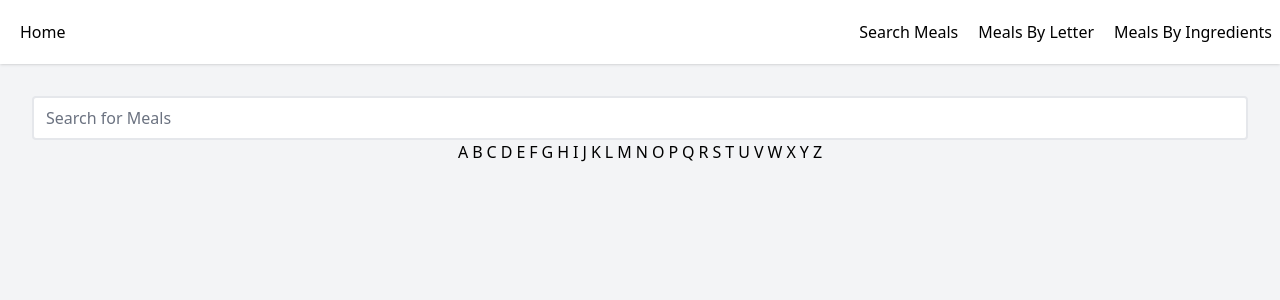
Repository: HalemX/meals
Page: /
The author's editor kept a copy of each file at every save. The page is drawn from the files as they stood at one save, then again after the next save.
The browser window is 1280 px wide. The pictures show the whole page.
The page's requests for data from a server got no answer. The project was rebuilt for these pictures with package versions that can differ from the ones it lists, and the page was loaded fresh each time. No one was signed in, and anything a server would have sent is missing. Also part of the build but not shown: vite.config.js, src/pages/MealsByIngredient.vue, src/pages/MealsByName.vue. Imported but missing from the stored project, and not drawn on this page: src/pages/MealsByLetters.vue.

Above is the page before, as saved 2024-02-08 16:57:23.

After the next save:
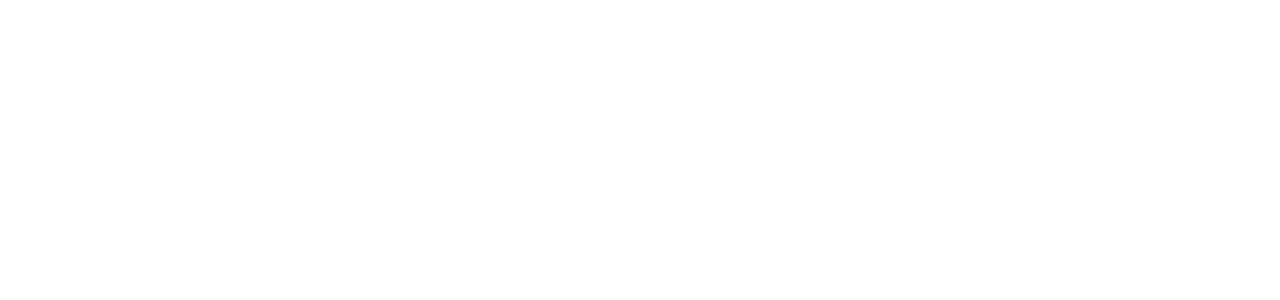
Console error (its wording comes from the project's code and is left out).
Saved 3 min 52 s later.
--- a/src/App.vue
+++ b/src/App.vue
@@ -9,17 +9,17 @@
       <div class="flex items-center gap-1">
         <router-link
           class="inline-flex items-center px-2 h-full transition-colors hover:bg-purple-100"
-          to="/"
+          :to="{ name: 'byName' }"
           >Search Meals</router-link
         >
         <router-link
           class="inline-flex items-center px-2 h-full transition-colors hover:bg-purple-100"
-          to="/"
+          :to="{ name: 'byName' }"
           >Meals By Letter</router-link
         >
         <router-link
           class="inline-flex items-center px-2 h-full transition-colors hover:bg-purple-100"
-          to="/"
+          :to="{ name: 'byName' }"
           >Meals By Ingredients</router-link
         >
       </div>

After the 3 saves that followed:
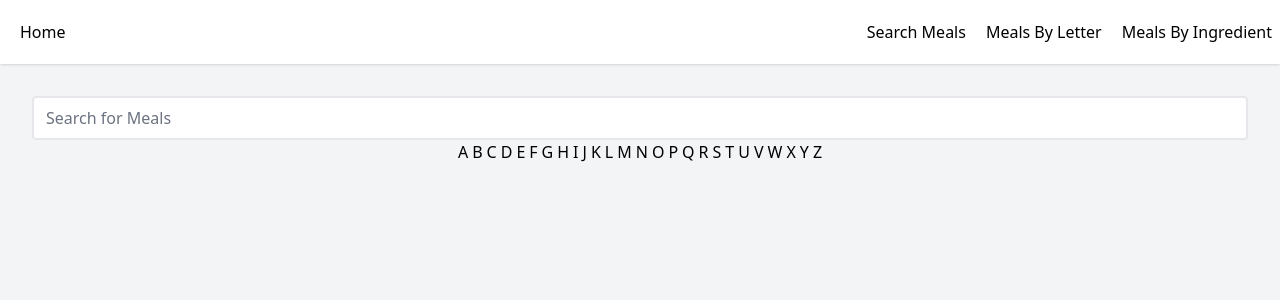
The error is gone.
The 3 saves are shown as one change because 2 left the picture as it was.
The last was saved 65 s later.
--- a/src/router/index.js
+++ b/src/router/index.js
@@ -12,17 +12,17 @@
     component: Home,
   },
   {
-    path: "/by-letter/:letter",
+    path: "/by-letter/:letter?",
     name: "byLetter",
     component: MealsByLetters,
   },
   {
-    path: "/by-ingredient/:ingredient",
+    path: "/by-ingredient/:ingredient?",
     name: "byIngredient",
     component: MealsByIngredient,
   },
   {
-    path: "/by-name/:name",
+    path: "/by-name/:name?",
     name: "byName",
     component: MealsByName,
   },
--- a/src/App.vue
+++ b/src/App.vue
@@ -14,13 +14,13 @@
         >
         <router-link
           class="inline-flex items-center px-2 h-full transition-colors hover:bg-purple-100"
-          :to="{ name: 'byName' }"
+          :to="{ name: 'byLetter' }"
           >Meals By Letter</router-link
         >
         <router-link
           class="inline-flex items-center px-2 h-full transition-colors hover:bg-purple-100"
-          :to="{ name: 'byName' }"
-          >Meals By Ingredients</router-link
+          :to="{ name: 'byIngredient' }"
+          >Meals By Ingredient</router-link
         >
       </div>
     </header>
